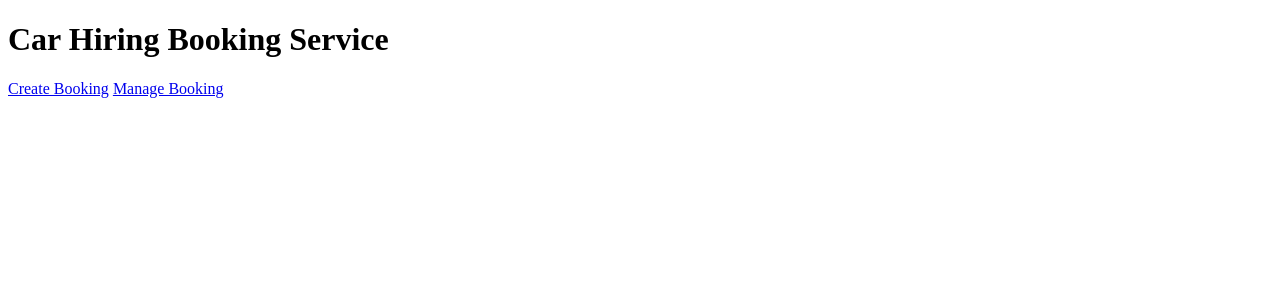
Repository: abigailCul/DistributedSystemsProject
Page: http://localhost/bookingClient/jsp/index.jsp
The author's editor kept a copy of each file at every save. The page is drawn from the files as they stood at one save, then again after the next save.
The browser window is 1280 px wide. The pictures show the whole page.
The page is served by Tomcat 9.

Above is the page before, as saved 2018-12-10 18:25:08.

After the next save:
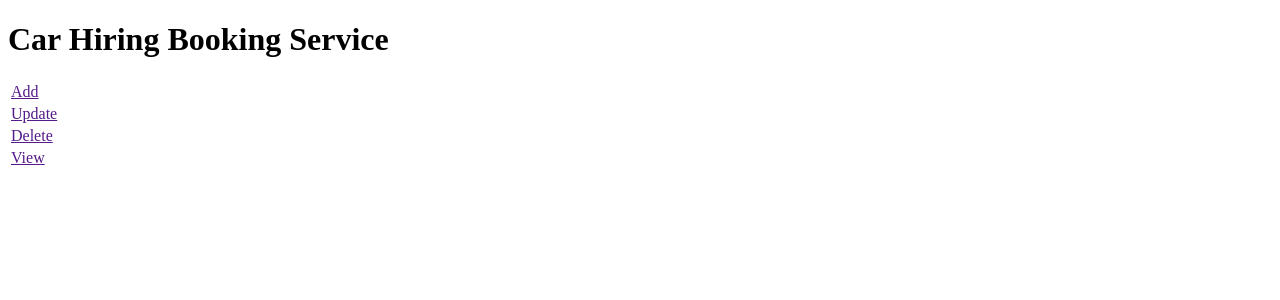
Saved 9 s later.
--- a/WorkingProject/bookingClient/src/main/webapp/jsp/index.jsp
+++ b/WorkingProject/bookingClient/src/main/webapp/jsp/index.jsp
@@ -1,5 +1,5 @@
 <%@ page language="java" contentType="text/html; charset=ISO-8859-1"
-    pageEncoding="ISO-8859-1"%>
+	pageEncoding="ISO-8859-1"%>
 <!DOCTYPE html>
 <html>
 <head>
@@ -8,9 +8,19 @@
 </head>
 <body>
 	<h1>Car Hiring Booking Service</h1>
-	<FORM NAME="form1" METHOD="POST">
-        <a href="createbooking">Create Booking</a>
-        <a TYPE="button" href="manageBooking">Manage Booking</a>
-    </FORM>
+	<table>
+		<tr>
+			<td><a href="">Add</a></td>
+		</tr>
+		<tr>
+			<td><a href="">Update</a></td>
+		</tr>
+		<tr>
+			<td><a href="">Delete</a></td>
+		</tr>
+		<tr>
+			<td><a href="">View</a></td>
+		</tr>
+	</table>
 </body>
 </html>
